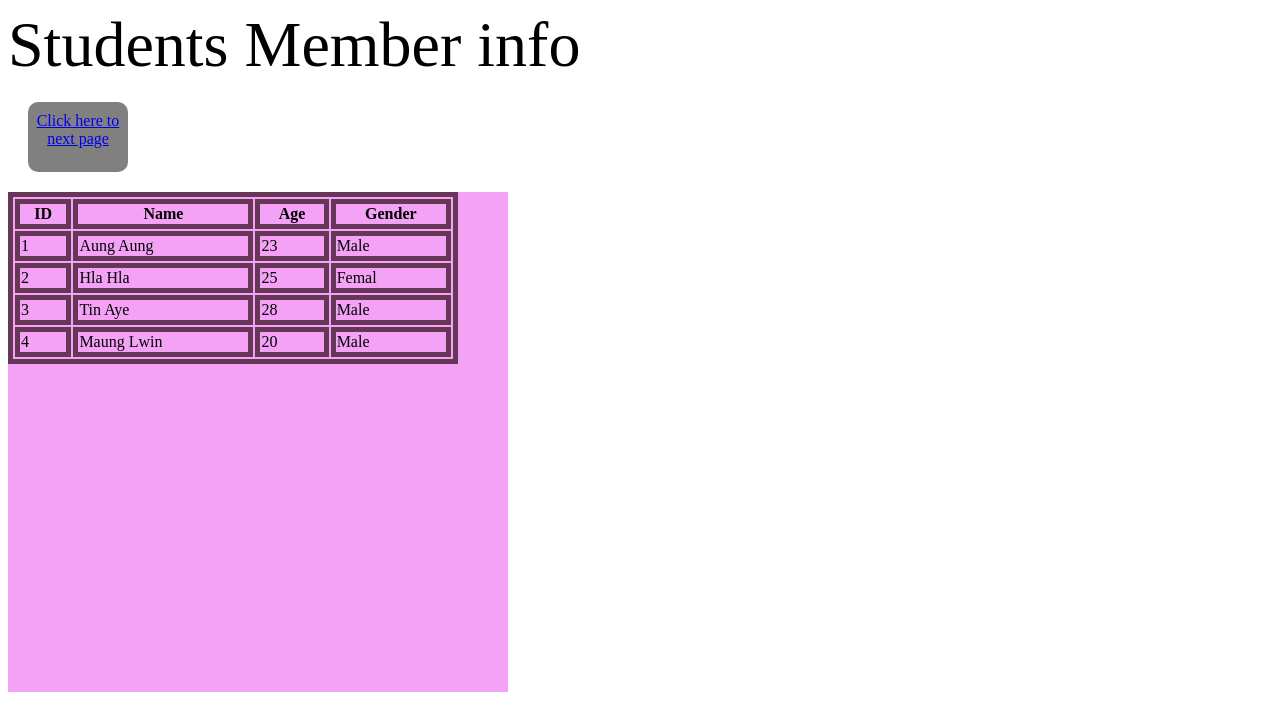
Repository: ThantLwinSoe/Servlet
Page: 01-Communication/src/main/webapp/index.html
The author's editor kept a copy of each file at every save. The page is drawn from the files as they stood at one save, then again after the next save.
The browser window is 1280 px wide. The pictures show the whole page.

Above is the page before, as saved 2023-02-07 03:05:28.

### 01-Communication/src/main/webapp/index.html
<!DOCTYPE html>
<html>
<head>
<meta charset="UTF-8">
<style>
h {
	font-size: 4em;
}
.d_link {

	margin: 20px;
	padding-top: 10px;
	width: 100px;
	height: 60px;
	border-radius: 10px;
	background: gray;
	text-align: center;
}
.st_info {
	margin-top: 20px;
	width: 500px;
	height: 500px;
	background: #F4A2F6;
}
.table_one,th,td {
	border: 5px solid #663656;

}
.table_one {

	width: 90%;
}
</style>
<title>Servlet Communication</title>
</head>
<body>
	<h>Students Member info</h>
	<div class="d_link">
		<a href="hello">Click here to next page</a>
	</div>
	<div class="st_info">
		<table class="table_one" >
			<thead>
				<tr>
					<th>ID</th>
					<th>Name</th>
					<th>Age</th>
					<th>Gender</th>
				</tr>
			</thead>
			<tbody>
				<tr>
					<td>1</td>
					<td>Aung Aung</td>
					<td>23</td>
					<td>Male</td>
				</tr>
				<tr>
					<td>2</td>
					<td>Hla Hla</td>
					<td>25</td>
					<td>Femal</td>
				</tr>
				<tr>
					<td>3</td>
					<td>Tin Aye</td>
					<td>28</td>
					<td>Male</td>
				</tr>
				<tr>
					<td>4</td>
					<td>Maung Lwin</td>
					<td>20</td>
					<td>Male</td>
				</tr>
			</tbody>
		</table>
	</div>
</body>
</html>

After the next save:
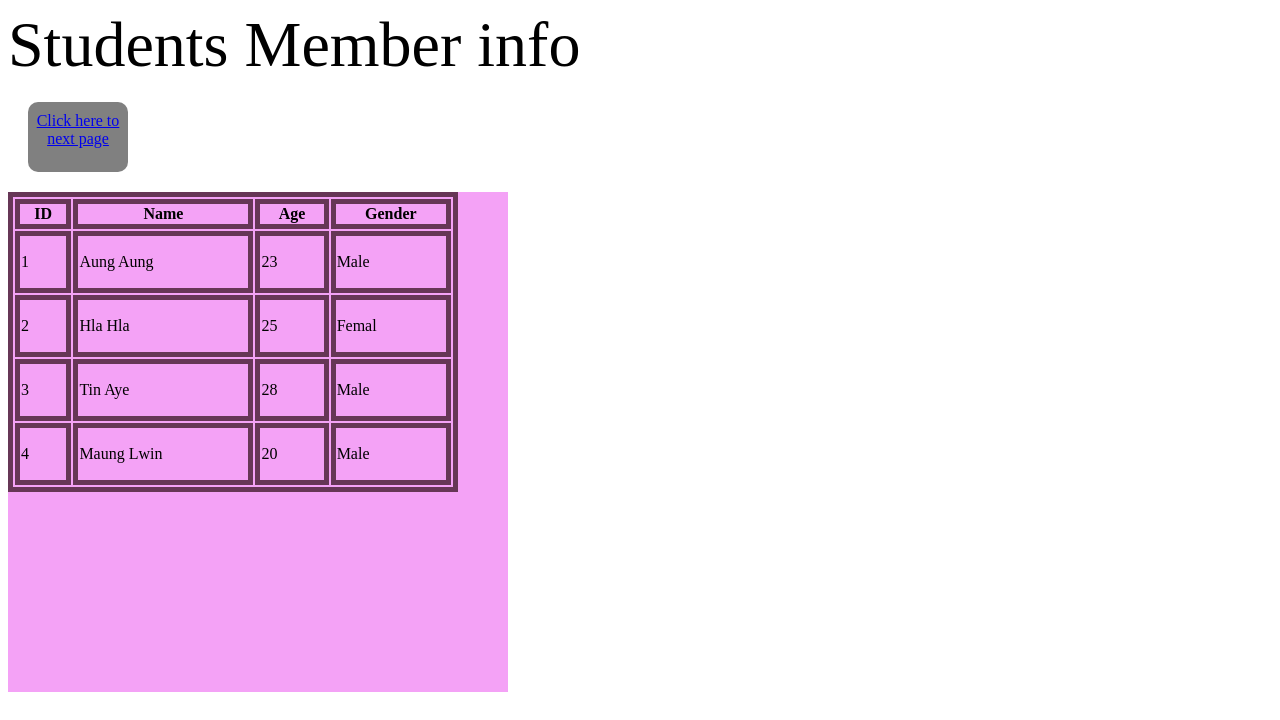
Saved 7 min 56 s later.
--- a/01-Communication/src/main/webapp/index.html
+++ b/01-Communication/src/main/webapp/index.html
@@ -29,6 +29,7 @@ h {
 .table_one {
 
 	width: 90%;
+	height: 300px;
 }
 </style>
 <title>Servlet Communication</title>
